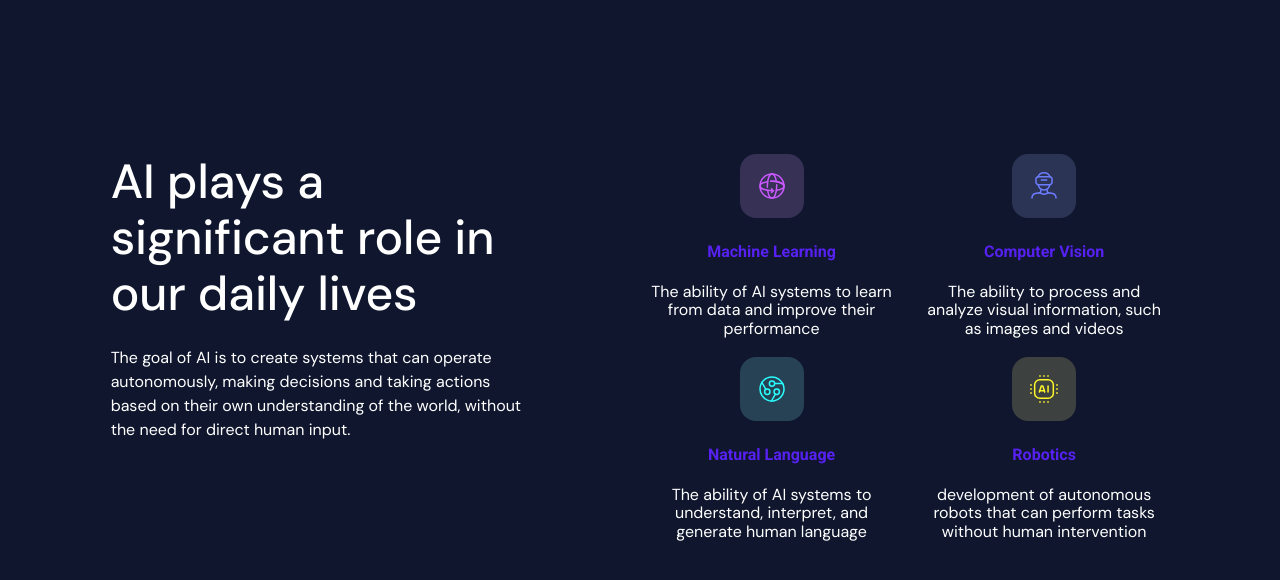
Repository: alphatra/INVO-Academy
Page: / (app in [lvl 1] Sekcja 4 obszarów AI/Starter-code/)
The author's editor kept a copy of each file at every save. The page is drawn from the files as they stood at one save, then again after the next save.
The browser window is 1280 px wide. The pictures show the whole page.
The project was rebuilt for these pictures with package versions that can differ from the ones it lists, and the page was loaded fresh each time.

Above is the page before, as saved 2023-03-09 19:34:27.
Console error: TypeError: Cannot read properties of null (reading 'addEventListener')

### [lvl 1] Sekcja 4 obszarów AI/Starter-code/index.html
<!DOCTYPE html>
<html lang="en">

<head>
  <meta charset="UTF-8" />
  <link rel="icon" type="image/svg+xml" href="/vite.svg" />
  <meta name="viewport" content="width=device-width, initial-scale=1.0" />
  <title>INVO Academy JS Starter with Vite</title>
</head>

<!-- In order to start your challenge, remove all the content inside <div id="home-page"></div> and start coding :) -->

<body>
  <section class="hero">
    <div class="hero__header">
      <div class="header__text">
        <h1>AI plays a significant role in our daily lives</h1>
        <span>The goal of AI is to create systems that can operate
          autonomously, making decisions and taking actions based on
          their own understanding of the world, without the need for direct human input.</span>
      </div>
    </div>

    <div class="hero__categories">
      <div class="categories__category">
        <div class="categories__image">
          <img src="/public/images/ML.svg" alt="Machine Learning">
        </div>
        <h4>Machine Learning</h4>
        <span>The ability of AI systems to learn from data and improve their performance</span>
      </div>
      <div class="categories__category">
        <div class="categories__image">
          <img src="/public/images/CV.svg" alt="Computer Vision">
        </div>
        <h4>Computer Vision</h4>
        <span>The ability to process and analyze visual information, such as images and videos</span>
      </div>
      <div class="categories__category">
        <div class="categories__image">
          <img src="/public/images/NL.svg" alt="Natural Language">
        </div>
        <h4>Natural Language</h4>
        <span> The ability of AI systems to understand, interpret, and generate human language</span>
      </div>
      <div class="categories__category">
        <div class="categories__image">
          <img src="/public/images/AI.svg" alt="Robotics">
        </div>
        <h4>Robotics</h4>
        <span>development of autonomous robots that can perform tasks without human intervention</span>
      </div>
    </div>
  </section>


  <script type="module" src="/src/global-scripts/main.js"></script>
  <script type="module" src="/src/pages/home-page/scripts/home-page.js"></script>
</body>

</html>

### [lvl 1] Sekcja 4 obszarów AI/Starter-code/src/pages/home-page/scripts/home-page.js
/// Homepage JavaScript File
/// Here we import all the JavaScript files we need for our homepage.

import '../styles/home-page.scss'

import { setupCounter } from '../../../global-scripts/scripts/counter/counter.js'

setupCounter(document.querySelector('#counter'))

### [lvl 1] Sekcja 4 obszarów AI/Starter-code/src/global-styles/style.scss
/// Main Styles File
/// Here we import all the global Styles files we need for our project.

@import "styles/normalize.scss";
@import "styles/root.scss";
@import "styles/fonts.scss";

body {
  font-family: 'Roboto', sans-serif;
  color: var(--color-primary);
}

p {
  color: var(--color-on-surface);
}

### [lvl 1] Sekcja 4 obszarów AI/Starter-code/src/pages/home-page/styles/home-page.scss
    /// Homepage Styles File
    /// Here we import all the Styles files we need for our Homepage.

    body {
        background-color: #0F162D;
    }

    h1,
    p,
    span {
        font-family: 'DM Sans', sans-serif;
        color: white;
    }

    .hero {
        margin-top: 12%;
        padding: 0 4%;
        display: flex;
        align-items: flex-start;

        .header {
            margin-right: auto;

            &__text {
                margin-right: 3em;
                padding: 0 10%;

                h1 {
                    margin-block-start: 0;
                    font-size: 48px;
                    line-height: 56px;
                    font-weight: 500;
                    letter-spacing: -0.002em;
                    margin-bottom: 24px
                }

                span {
                    font-size: 16px;
                    line-height: 24px;
                    font-weight: 400;
                }

            }
        }

        &__categories {
            display: grid;
            margin-right: 5%;
            grid-template-columns: repeat(2, minmax(45%, 1fr));
            column-gap: 4%;
            row-gap: 5%;
            text-align: center;

            &__category {
                background: #272D42;
                border-radius: 24px;
                color: white;
                padding-top: 24px;
                padding-bottom: 24px;
                padding-left: 16px;
                padding-right: 16px;
                transition: box-shadow 0.2s ease-in-out;

                * {}

                h4 {
                    font-size: 20px;
                    line-height: 0px;
                    font-weight: 500;
                }

                span {
                    font-size: 16px;
                    line-height: 24px;
                    font-weight: 400;
                    opacity: 0.5;
                }
            }

            &__category:hover {
                box-shadow: 0 0 10px #fff, 0 0 20px #fff, 0 0 40px #0F162D, 0 0 60px #0F162D;
            }
        }

        @media screen and (max-width: 834px) {
            main {
                display: grid;
                gap: 5%;
                margin-top: 30%;
                padding: 0 20%;
            }

            .header {
                margin-right: 0;

                &__text {
                    margin-right: 0;
                    padding: 0;
                }
            }

            .categories {
                margin-right: auto;

            }
        }

        @media screen and (max-width: 375px) {
            main {
                margin-top: 14%;
                gap: 2%;
                display: grid;
                flex-direction: column;
                padding: 0 5%;
            }

            .header {
                &__text {
                    h1 {
                        font-size: 32px;
                        line-height: 40px;
                    }

                    span {
                        font-size: 16px;
                        line-height: 24px;
                    }
                }
            }

            .categories {
                grid-template-columns: repeat(1, 100%);
                row-gap: 3%;
            }

        }
    }

### [lvl 1] Sekcja 4 obszarów AI/Starter-code/src/global-scripts/scripts/counter/counter.js
/// Sample js file for demo purposes
/// Remember to always export your functions
/// so that they can be used in other files

export function setupCounter(element) {
  let counter = 0
  const setCounter = (count) => {
    counter = count
    element.innerHTML = `script test - count is ${counter}`
  }
  element.addEventListener('click', () => setCounter(counter + 1))
  setCounter(0)
}

### [lvl 1] Sekcja 4 obszarów AI/Starter-code/src/global-styles/styles/root.scss
/// Root Styles file
/// Here we define all the root variables we need for our project.
/// For examples see Material Design color system: https://m2.material.io/design/color/the-color-system.html

:root {
    --color-primary: #5721f2;
    --color-on-surface: #000;
}

### [lvl 1] Sekcja 4 obszarów AI/Starter-code/src/global-styles/styles/fonts.scss
/// Main Fonts File
/// Here we import all the fonts files we need for our project.

@import url('https://fonts.googleapis.com/css2?family=Roboto:ital,wght@0,100;0,300;0,400;0,500;0,700;0,900;1,100;1,300;1,400;1,500;1,700;1,900&display=swap');
@import url('https://fonts.googleapis.com/css2?family=DM+Sans:wght@400;500&display=swap');

Loaded but not shown: [lvl 1] Sekcja 4 obszarów AI/Starter-code/src/global-scripts/main.js (common file); [lvl 1] Sekcja 4 obszarów AI/Starter-code/src/global-styles/styles/normalize.scss (common file)

After the next save:
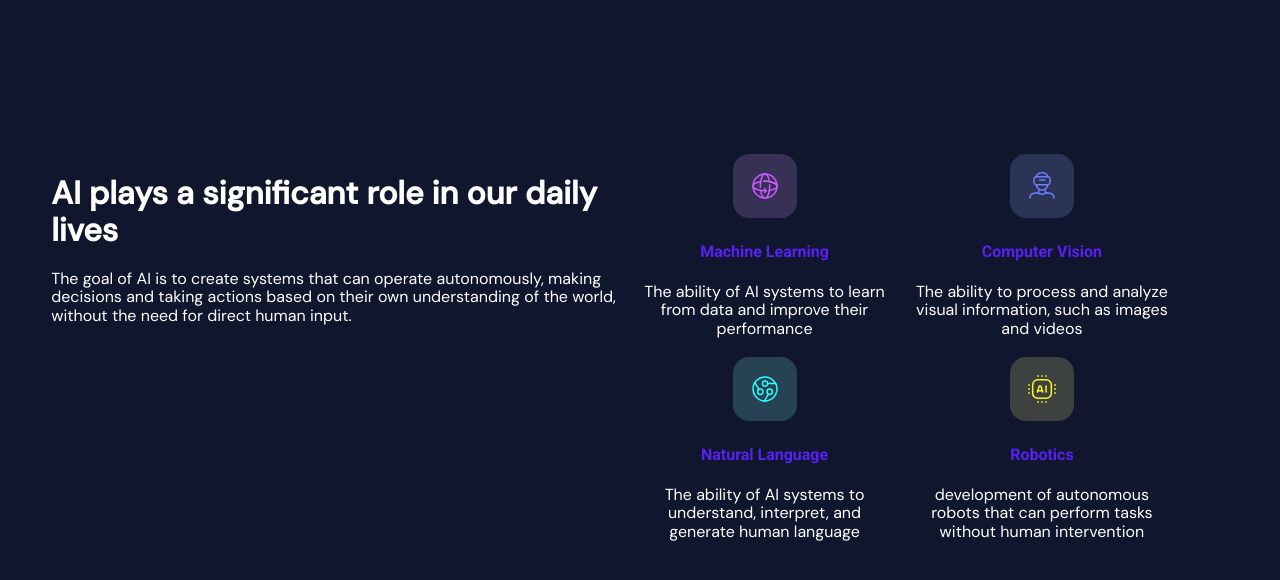
Saved 21 s later.
--- a/[lvl 1] Sekcja 4 obszarów AI/Starter-code/src/pages/home-page/styles/home-page.scss
+++ b/[lvl 1] Sekcja 4 obszarów AI/Starter-code/src/pages/home-page/styles/home-page.scss
@@ -18,7 +18,7 @@
         display: flex;
         align-items: flex-start;
 
-        .header {
+        &__header {
             margin-right: auto;
 
             &__text {

After the save that followed:
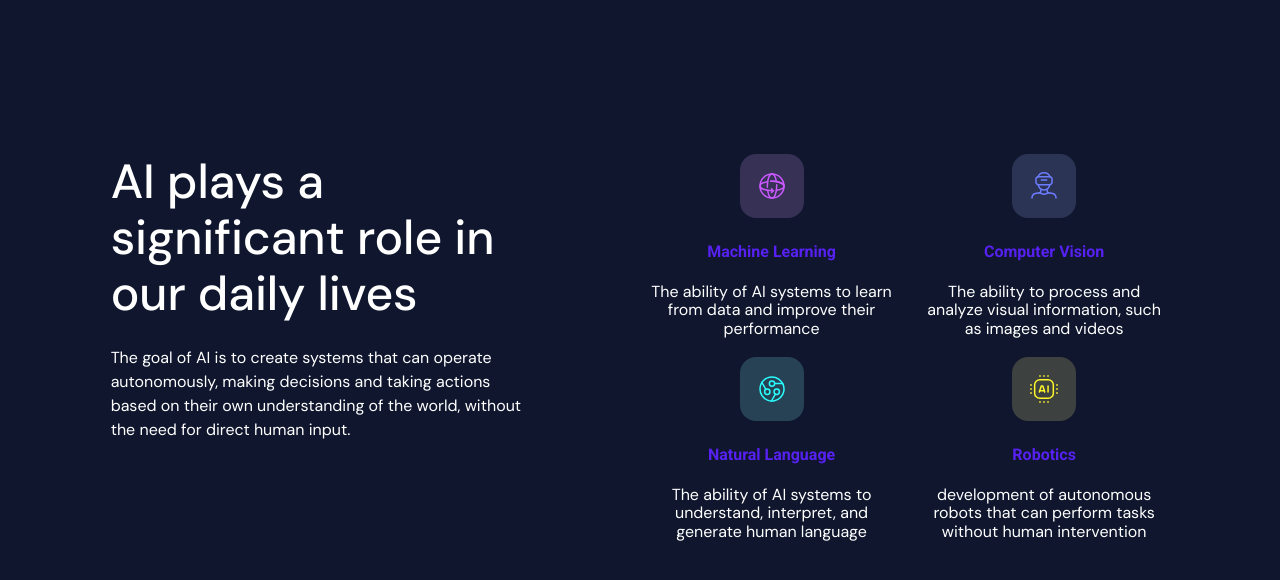
Saved 47 s later.
--- a/[lvl 1] Sekcja 4 obszarów AI/Starter-code/src/pages/home-page/styles/home-page.scss
+++ b/[lvl 1] Sekcja 4 obszarów AI/Starter-code/src/pages/home-page/styles/home-page.scss
@@ -21,7 +21,7 @@
         &__header {
             margin-right: auto;
 
-            &__text {
+            .header__text {
                 margin-right: 3em;
                 padding: 0 10%;
 
